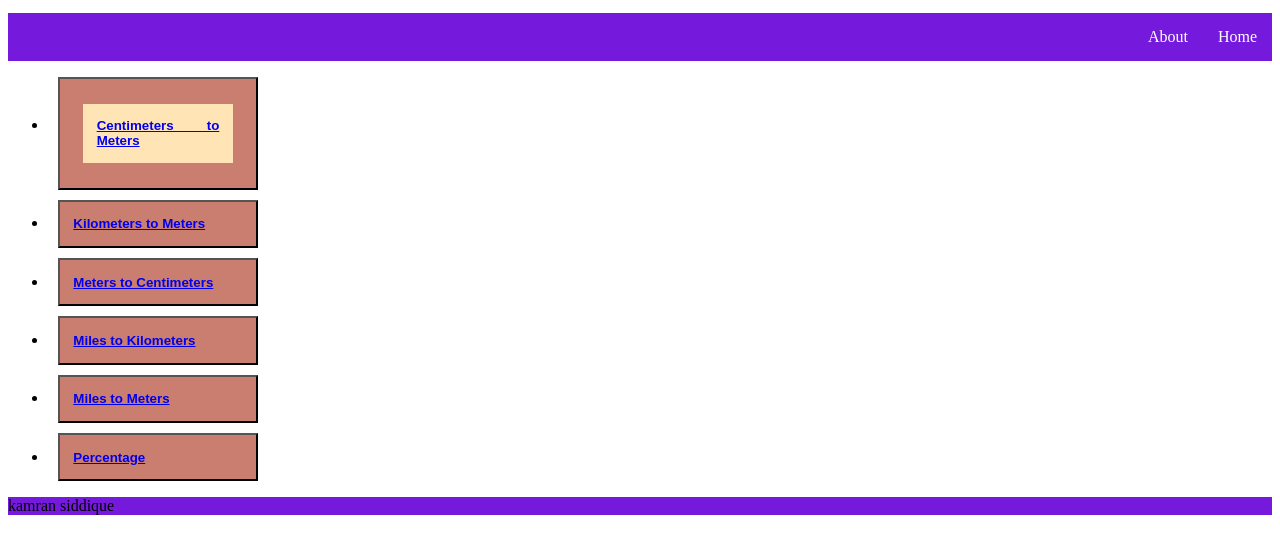
Repository: Kamrangujjar85112/Length-Converter
Page: html/home.html
The author's editor kept a copy of each file at every save. The page is drawn from the files as they stood at one save, then again after the next save.
The browser window is 1280 px wide. The pictures show the whole page.
The pointer rests on the first visible `button a`.

Above is the page before, as saved 2022-01-21 03:16:40.

### html/home.html
<!-- home -->
<!DOCTYPE html>
<html lang="en">
<head>
    <meta charset="UTF-8">
    <meta http-equiv="X-UA-Compatible" content="IE=edge">
    <meta name="viewport" content="width=device-width, initial-scale=1.0">
    <title>Home</title>
    <link rel="stylesheet" href="../css/style.css">

</head>
<body>
   <div class="header">
        <nav>
            <ul class="nav-ul">
                <li class="nav-li"><a href="#home">Home</a></li>
                <li class="nav-li"><a href="#about">About</a></li>
            </ul>
        </nav>
   </div>
   <div class="container">
       <ul>
           <li class="link">
               <button><a href="cm_km.html">Centimeters to Meters</a></button>
           </li>
           <li class="link">
               <button><a href="km_m.html">Kilometers to Meters</a></button>
           </li>
           <li class="link">
               <button><a href="m_cm.html">Meters to Centimeters</a></button>
           </li>
           <li class="link">
               <button><a href="mi_km.html">Miles to Kilometers</a></button>
           </li>
           <li class="link">
               <button><a href="mi_m.html">Miles to Meters</a></button>
           </li>
           <li class="link">
               <button><a href="percentage.html">Percentage</a></button>
           </li>
       </ul>
   </div>
   <div class="footer">
        <p>kamran siddique</p>
   </div>



</body>
</html>

### css/style.css
  body{
    padding-top: 5px;
    padding-bottom: 40px;
}
.header{
    top: 0;
    width: 100%;
    margin: 0;
    position: relative;

}
.nav-ul{
    list-style-type: none;
    margin: 0;
    padding: 30;
    overflow: hidden;
    background: rgb(117, 26, 221);
  }

  .nav-li {
    float: right;
    align-items: inherit;
  }

  .nav-li a {
    display: block;
    color: rgb(255, 255, 255);
    text-align:justify;
    padding: 15px 15px;
    text-decoration: none;
  }
  button {
    margin: 10px;
	padding: 1.1em 1em;
	font-weight:bold;
    width:200px;
    display: block;
    text-align:justify;
    background-color: #CA7E6F;
}
    button a:hover{
        background-color: moccasin;
        margin: 10px;
        padding: 1.1em 1em;
        font-weight:bold;
        display: block;
        text-align:justify;
    }



  /* Change the link color to #111 (black) on hover */
  .nev-li a:hover {
    background-color: #CA7E6F;
  }
.footer{
    bottom: 0;
    width: 100%;
    position:relative;
    background: rgb(117, 26, 221);
}
/* Some more styles to beutify this example */

After the next save:
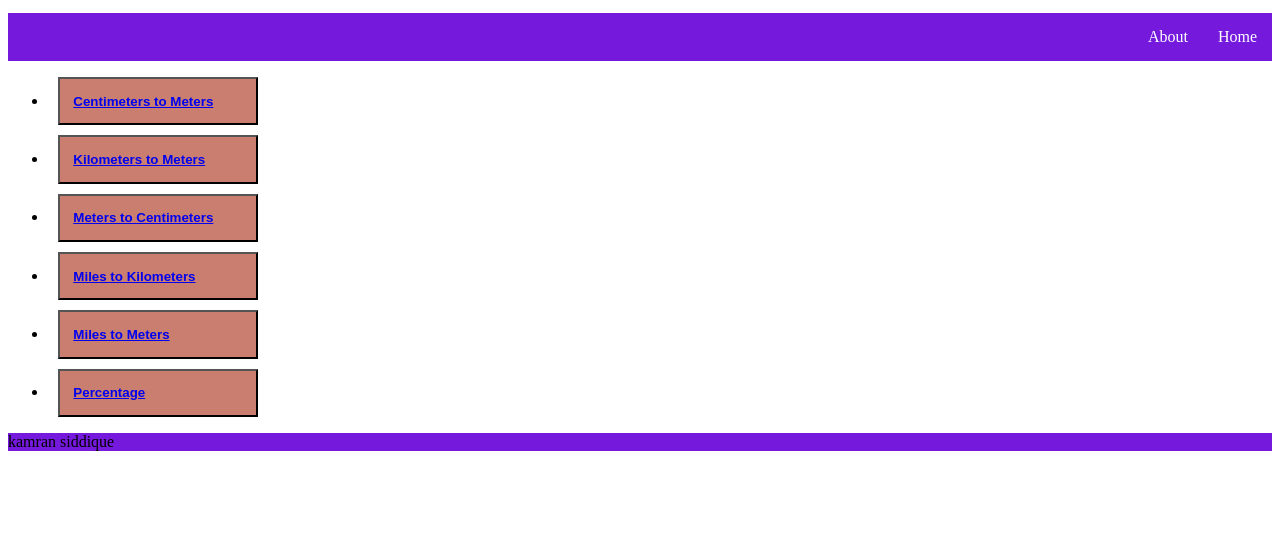
Saved 43 s later.
--- a/css/style.css
+++ b/css/style.css
@@ -39,12 +39,7 @@
     background-color: #CA7E6F;
 }
     button a:hover{
-        background-color: moccasin;
-        margin: 10px;
-        padding: 1.1em 1em;
-        font-weight:bold;
-        display: block;
-        text-align:justify;
+        background-color: #CA7E6F;
     }
 
 
